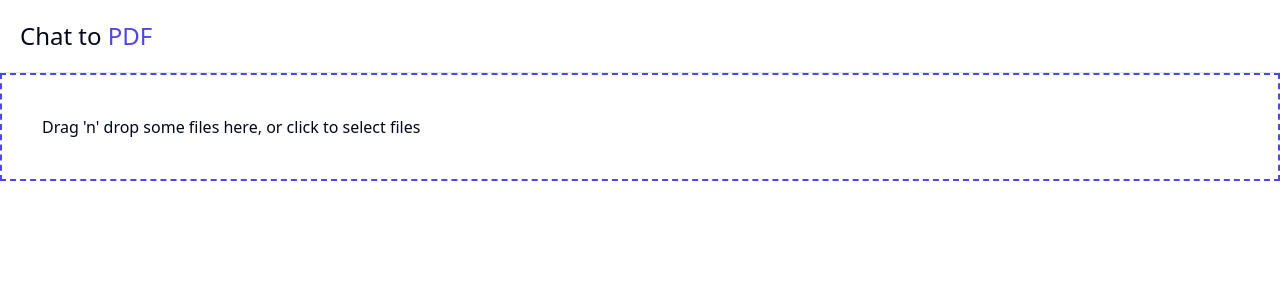
Repository: JonoSuave/chat-with-pdf
Page: /dashboard/upload
The author's editor kept a copy of each file at every save. The page is drawn from the files as they stood at one save, then again after a run of saves.
The browser window is 1280 px wide. The pictures show the whole page.
The page's requests for data from a server got no answer. The project was rebuilt for these pictures with package versions that can differ from the ones it lists, and the page was loaded fresh each time. Some packages were replaced by stand-ins written for this rebuild. The framework's server and built-in components were replaced by stand-ins that run in the browser. No one was signed in, and anything a server would have sent is missing. Also part of the build but not shown: next.config.mjs, src/lib/utils.ts, src/components/ui/button.tsx.

Above is the page before, as saved 2024-07-24 09:52:58.

### src/app/layout.tsx
import { ClerkProvider } from "@clerk/nextjs";
import "./globals.css";
// import Header from "@/components/Header";

export default function RootLayout({
	children,
}: Readonly<{
	children: React.ReactNode;
}>) {
	return (
		<ClerkProvider>
			<html lang="en">
				<body className="min-h-screen h-screen overflow-hidden flex flex-col">
					{/* <Header /> */}
					{children}
				</body>
			</html>
		</ClerkProvider>
	);
}

### src/app/dashboard/layout.tsx
import Header from "@/components/Header";
import { ClerkLoaded } from "@clerk/nextjs";

function DashBoardLayout({ children }: { children: React.ReactNode }) {
	return (
		<ClerkLoaded>
			<div className="flex-1 flex flex-col h-screen">
				<Header />
				<main className="flex-1 overflow-y-auto">{children}</main>
			</div>
		</ClerkLoaded>
	);
}

export default DashBoardLayout;

### src/app/dashboard/upload/page.tsx
import FileUploader from "@/components/FileUploader";

function UploadPage() {
	return (
		<div>
			<FileUploader />
		</div>
	);
}

export default UploadPage;

### src/components/Header.tsx
"use client";
import { SignedIn, SignedOut, SignInButton, UserButton } from "@clerk/nextjs";
import Link from "next/link";
import React from "react";
import { Button } from "./ui/button";
import { FilePlus2 } from "lucide-react";

export default function Header() {
	return (
		<div className="flex justify-between bg-white shadow-sm p-5 border-b">
			<Link href="/dashboard" className="text-2xl">
				Chat to <span className="text-indigo-600">PDF</span>
			</Link>
			<SignedIn>
				<div className="flex items-center space-x-2">
					<Button asChild variant="link" className="hidden md:flex">
						<Link href="/dashboard/upgrade">Pricing</Link>
					</Button>

					<Button asChild variant="outline">
						<Link href="/dashboard">My Documents</Link>
					</Button>

                    <Button asChild variant="outline">
                        <Link href="/dashboard/upload"><FilePlus2 className="text-indigo-600" /></Link>
                    </Button>
					{/* Upgrade Button */}
					<UserButton />
				</div>
			</SignedIn>
		</div>
	);
}

### src/components/FileUploader.tsx
"use client";
import React, { useCallback } from "react";
import { useDropzone } from "react-dropzone";

function FileUploader() {
	const onDrop = useCallback((acceptedFiles: File[]) => {
		// Do something with the files
	}, []);
	const { getRootProps, getInputProps, isDragActive, isFocused } = useDropzone({ onDrop });
	return (
		<div {...getRootProps()}
        className={`p-10 border-2 border-indigo-600 border-dashed `}
        >
			<input {...getInputProps()} />
			{isDragActive ? (
				<p>Drop the files here ...</p>
			) : (
				<p>Drag 'n' drop some files here, or click to select files</p>
			)}
		</div>
	);
}

export default FileUploader;

Loaded but not shown: src/app/globals.css (common file); tailwind.config.ts (common file)

After the next 2 saves:
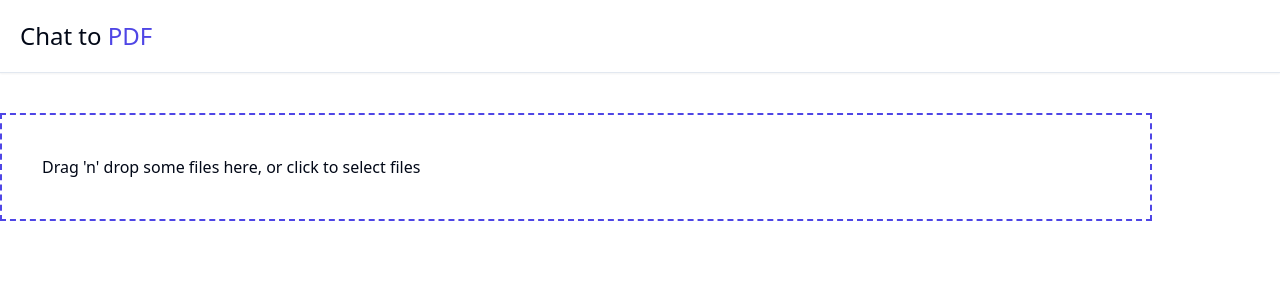
The 2 saves are shown as one change because they came seconds apart.
The last was saved 6 s later.
--- a/src/components/FileUploader.tsx
+++ b/src/components/FileUploader.tsx
@@ -9,7 +9,7 @@ function FileUploader() {
 	const { getRootProps, getInputProps, isDragActive, isFocused } = useDropzone({ onDrop });
 	return (
 		<div {...getRootProps()}
-        className={`p-10 border-2 border-indigo-600 border-dashed `}
+        className={`p-10 border-2 border-indigo-600 border-dashed mt-10 w-[90%]`}
         >
 			<input {...getInputProps()} />
 			{isDragActive ? (
